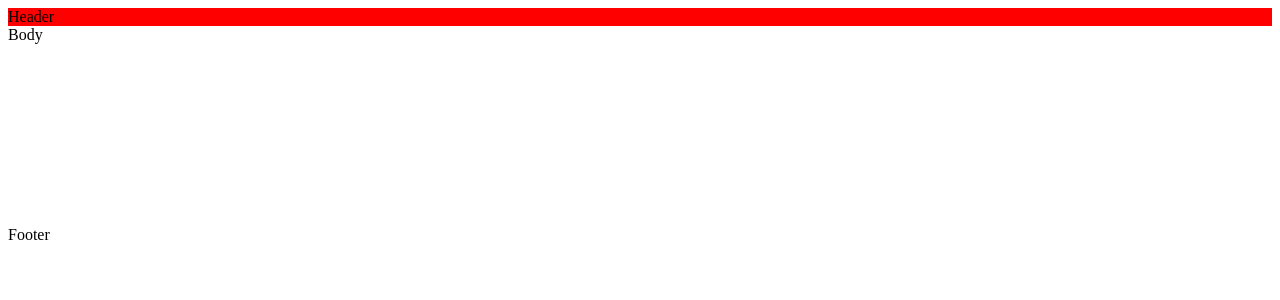
Repository: saekato/HTML
Page: about.html
The author's editor kept a record of every edit. The page is drawn from the files as they stood at one moment, then again after the next edit.
The browser window is 1280 px wide. The pictures show the whole page.

Above is the page before.

### about.html
<html lang="ja">
    <head>
        <style>
        header {
            background-color: red;
        }
        foter {
            background-color: blue;
        }
        .size {
            height: 200px;
        }
        </style>
    </head>
    <body>
        <header>
            Header
        </header>
       <div class="size">
           Body
       </div>
        <footer>
            Footer
        </footer>
    </body>
</html>

After the next edit:
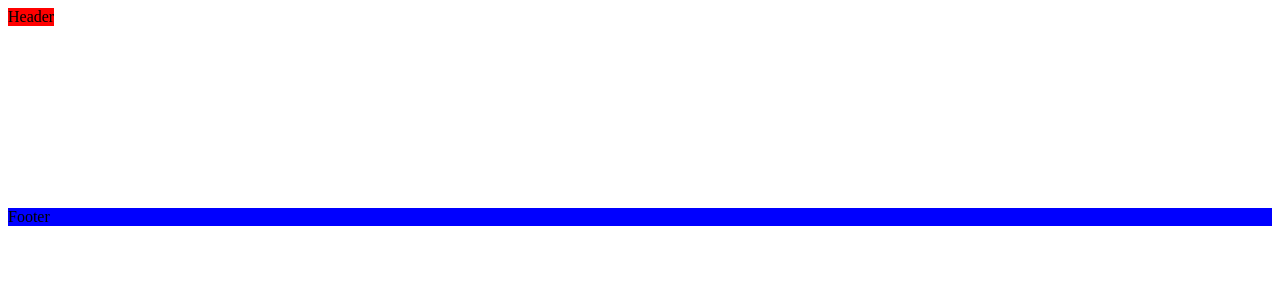
The edit:
--- a/about.html
+++ b/about.html
@@ -3,8 +3,9 @@
         <style>
         header {
             background-color: red;
+            position: fixed;
         }
-        foter {
+        footer {
             background-color: blue;
         }
         .size {
